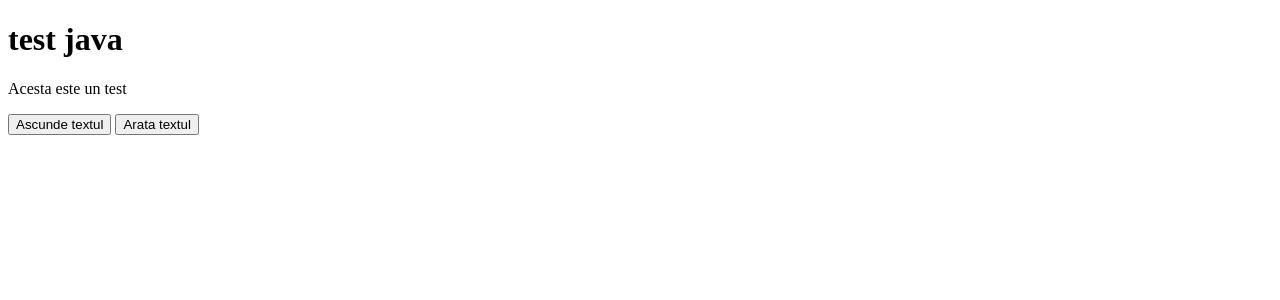
Repository: Parnicoza/testecomplete
Page: testcompletJS-1.html
These files come from the project's save history. The page is drawn as it stood at one moment and after the next save; the edit follows.
The browser window is 1280 px wide. The pictures show the whole page.

Above is the page before, as saved 2025-03-10 12:11:40.

After the next save:
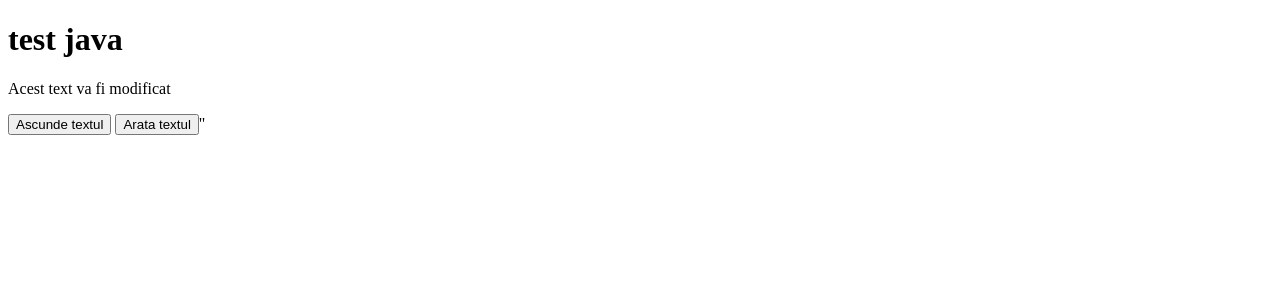
Saved 2 s later.
--- a/testcompletJS-1.html
+++ b/testcompletJS-1.html
@@ -6,10 +6,9 @@
 </head>
 <body>
     <h1>test java</h1>
-    <p id="p">Acesta este un test</p>
-    <button onclick="schimba()" title="Daca apasi aici se va schimba textul">Ascunde textul</button>
-    <button onclick="schimbaculoarea()" title="Daca apesi aici , se va schimba culoarea">Arata textul</button>
-
+    <p id="p">Acest text va fi modificat</p>
+    <button onclick="schimbaafisaj()">Ascunde textul</button>
+    <button onclick="arataafisaj()">Arata textul</button>"
     <script src="java.js"></script>
 </body>
 </html>
